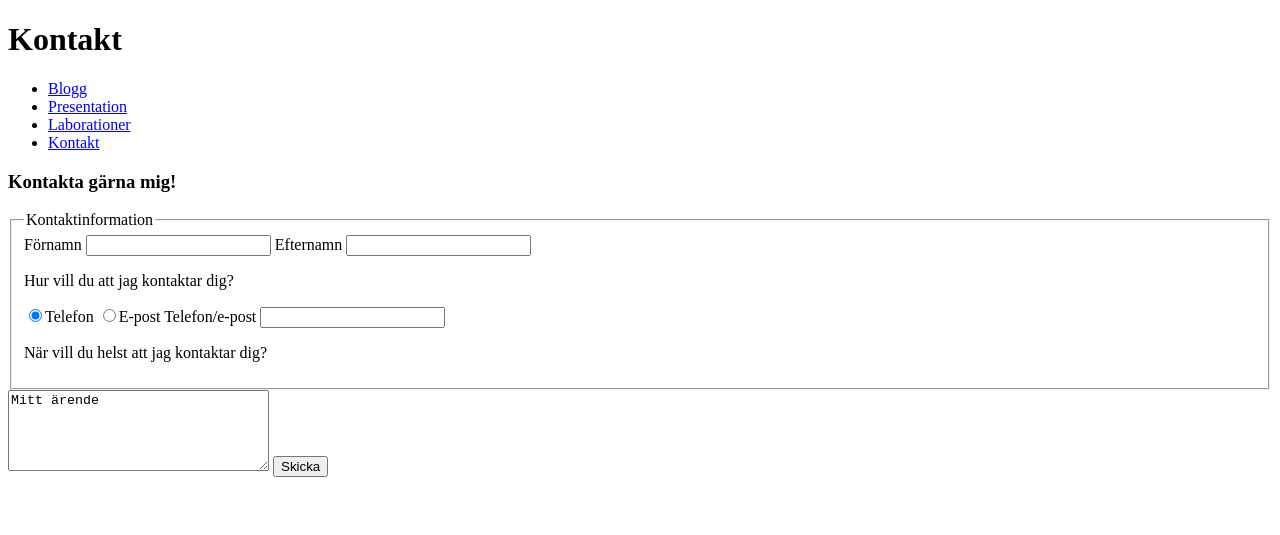
Repository: js223kz/1ik415-laborationer
Page: Pages/contact.html
The author's editor kept a record of every edit. The page is drawn from the files as they stood at one moment, then again after the next edit.
The browser window is 1280 px wide. The pictures show the whole page.

Above is the page before.

After the next edit:
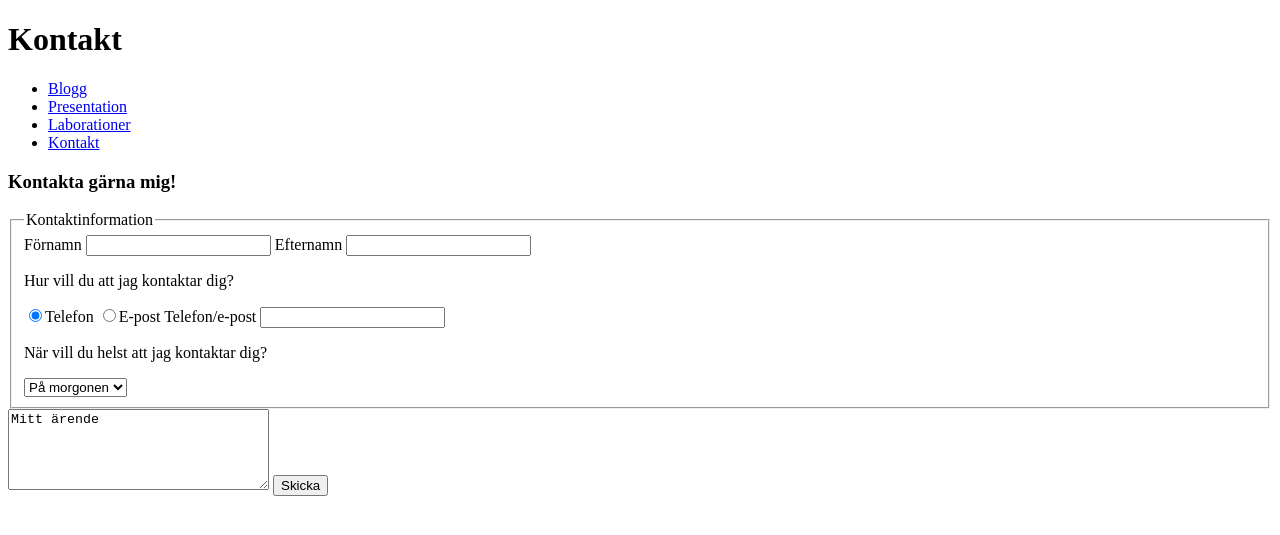
The edit:
--- a/Pages/contact.html
+++ b/Pages/contact.html
@@ -42,6 +42,11 @@
                     <input type="text" id="contactinfo" name="contactinfo"/>
 
                     <p>När vill du helst att jag kontaktar dig?</p>
+                    <select name="when" id="when">
+                        <option checked>På morgonen</option>
+                        <option>Efter lunch</option>
+                        <option>På kvällen</option>
+                    </select>
                 </fieldset>
 
 
